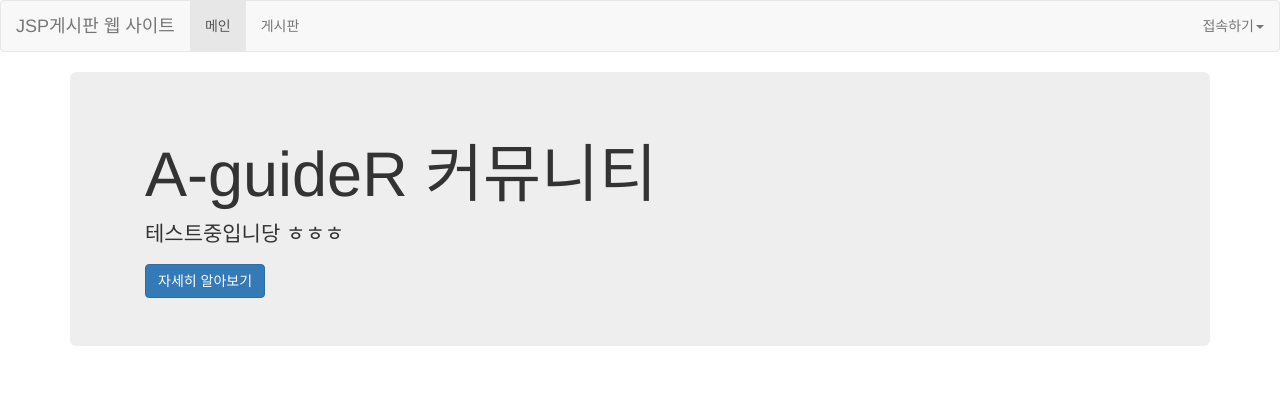
Repository: endol007/TripPuzzle
Page: http://localhost/BBS/main.jsp
These files come from the project's save history. The page is drawn as it stood at one moment and after the next save; the edit follows.
The browser window is 1280 px wide. The pictures show the whole page.
Some web libraries are served in a nearby version. The page is served by Tomcat 9. Other server files are loaded and not shown.

Above is the page before, as saved 2019-08-21 09:18:32.

### Yun/JSP 커뮤니티/Project/BBS/WebContent/main.jsp
<%@ page language="java"
contentType="text/html; charset=UTF-8" pageEncoding="UTF-8"%>
<%@ page import="java.io.PrintWriter" %>
<!DOCTYPE html>
<html>
<head>
<meta charset="UTF-8">
<meta name="viewport" content="width=device-width", initial-scale="1">
<link rel="stylesheet" href="css/bootstrap.css">
<title>로그인</title>
</head>
<body>
<%
String userID = null;
if(session.getAttribute("userID")!=null){
	userID = (String) session.getAttribute("userID");
}

%>
<nav class="navbar navbar-default">
<div class="navbar-header">
<button type="button" class="navbar-toggle collapsed"
data-toggle="collapse" data-target="#bs-example-navbar-collapse-1"
aria-expanded="false">
<span class="icon-bar"></span>
<span class="icon-bar"></span>
<span class="icon-bar"></span>
</button>
<a class="navbar-brand" href="main.jsp">JSP게시판 웹 사이트</a>
</div>
<div class="collapse navbar-collapse" id="bs-example-navbar-collapse-1">
<ul class="nav navbar-nav">
<li class="active"><a href="main.jsp">메인</a></li>
<li><a href="bbs.jsp">게시판</a></li>
</ul>
<%
	if(userID==null){
		%>
		<ul class="nav navbar-nav navbar-right">
<li class="dropdown">
<a href="#" class="dropdown-toggle"
data-toggle="dropdown" role="button" aria-haspopup="true"
aria-expanded="false">접속하기<span class="caret"></span></a>
<ul class="dropdown-menu">
<li><a href="login.jsp">로그인</a></li>
<li><a href="join.jsp">회원가입</a></li>
</ul>
</li></ul>
		<%
	} else{
		%>
		<ul class="nav navbar-nav navbar-right">
<li class="dropdown">
<a href="#" class="dropdown-toggle"
data-toggle="dropdown" role="button" aria-haspopup="true"
aria-expanded="false">회원관리<span class="caret"></span></a>
<ul class="dropdown-menu">
<li><a href="logoutAction.jsp">로그아웃</a></li>
</ul>
</li></ul>
		<%
	}
%>

</div>
</nav>
<div class="container">
<div class="jumbotron">
<div class="container">
<h1>A-guideR 커뮤니티</h1>
<p>테스트중입니당 ㅎㅎㅎ</p>
<a class="btn btn-primary btn-pull" href="#" role="button">자세히 알아보기</a>
</div>
</div>
</div>
<script src="http://code.jquery.com/jquery-3.1.1.min.js"></script>
<script src=js/bootstrap.js></script>

</body>
</html>

Loaded but not shown: Yun/JSP 커뮤니티/Project/BBS/WebContent/css/bootstrap.css (library); Yun/JSP 커뮤니티/Project/BBS/WebContent/js/bootstrap.js (library)

After the next save:
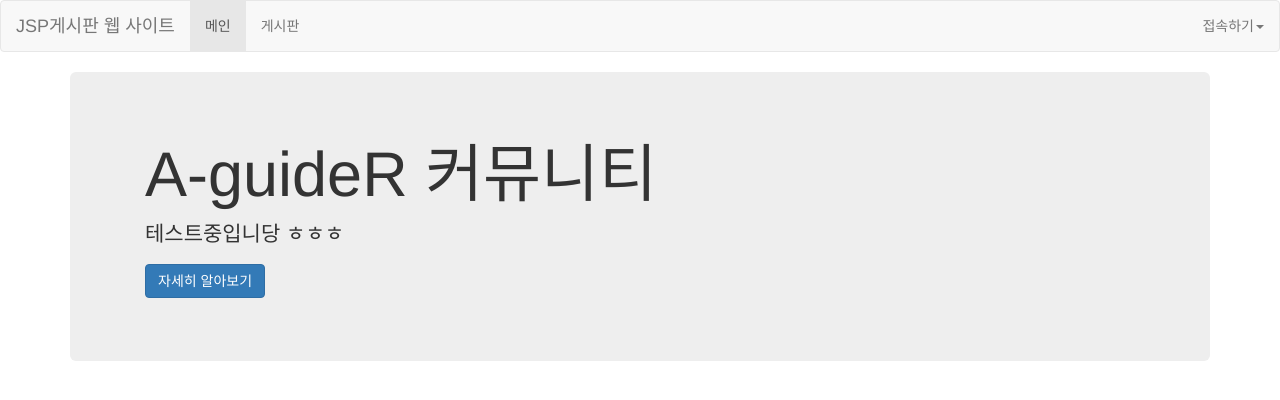
Saved 42 s later.
--- a/Yun/JSP 커뮤니티/Project/BBS/WebContent/main.jsp
+++ b/Yun/JSP 커뮤니티/Project/BBS/WebContent/main.jsp
@@ -69,7 +69,7 @@
 <div class="container">
 <h1>A-guideR 커뮤니티</h1>
 <p>테스트중입니당 ㅎㅎㅎ</p>
-<a class="btn btn-primary btn-pull" href="#" role="button">자세히 알아보기</a>
+<p><a class="btn btn-primary btn-pull" href="#" role="button">자세히 알아보기</a></p>
 </div>
 </div>
 </div>
